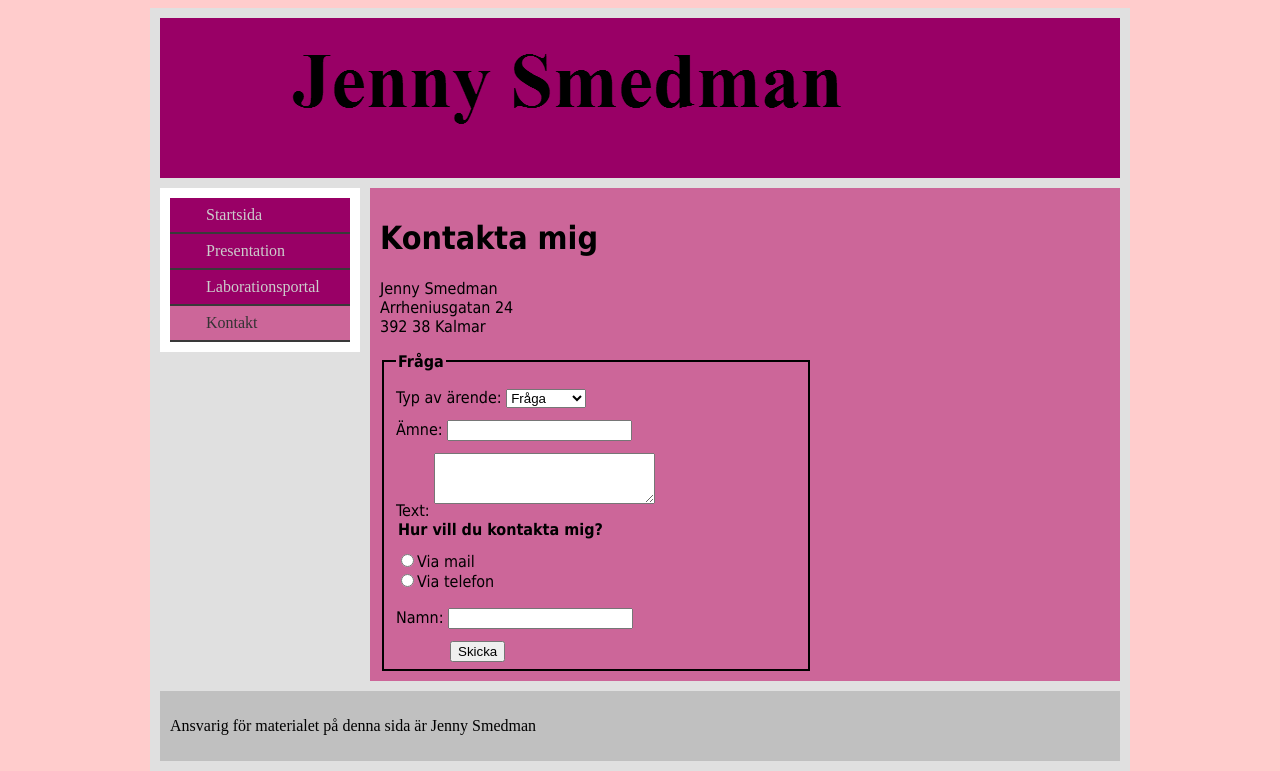
Repository: js223mx/1ik415-js223mx-laborationer
Page: pages/kontakt.html
The author's editor kept a record of every edit. The page is drawn from the files as they stood at one moment, then again after the next edit.
The browser window is 1280 px wide. The pictures show the whole page.

Above is the page before.

After the next edit:
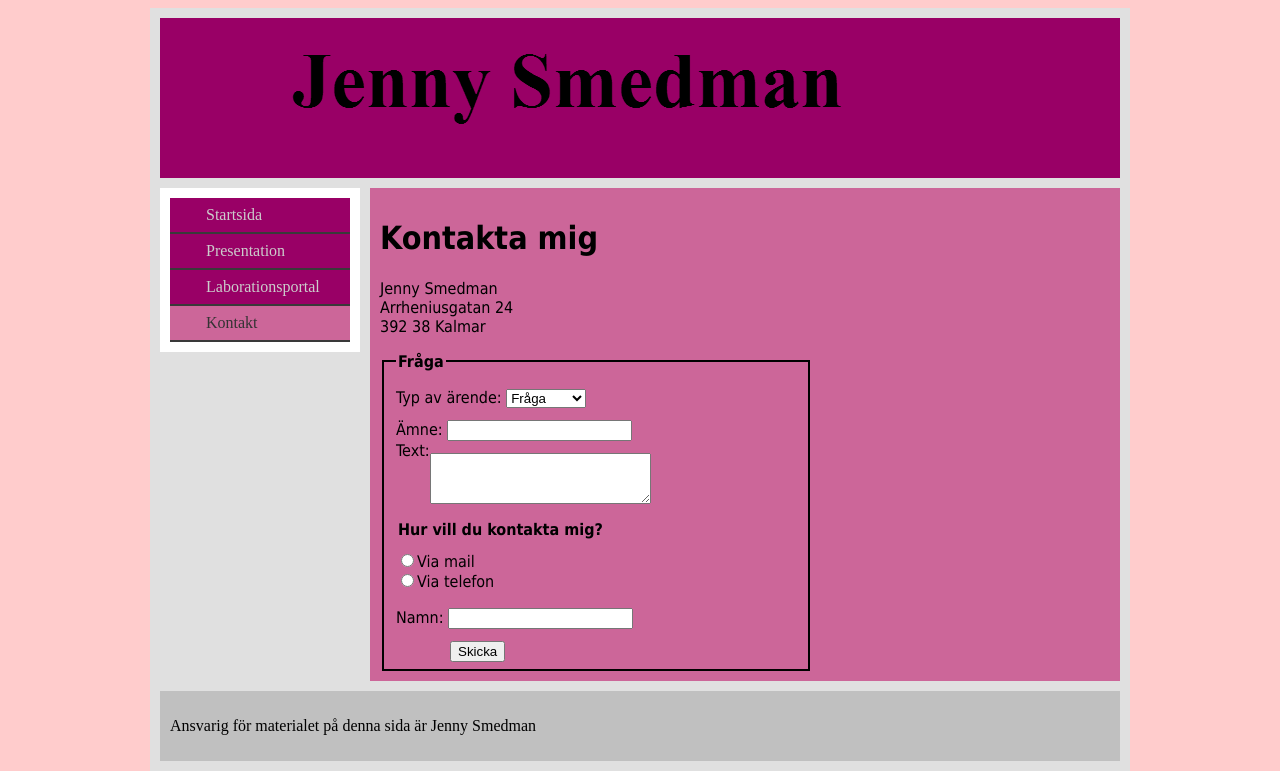
The edit:
--- a/pages/kontakt.html
+++ b/pages/kontakt.html
@@ -44,7 +44,7 @@
                         </select><br>
                         <label for="Ämne">Ämne:</label>
                         <input name="Ämne" id="Ämne" type="text"><br>
-                        <label for="Textlabel">Text:</label>
+                        <label for="Textlabel" id="Textlabel">Text:</label>
                         <textarea name="Text" id="Text" cols="25" rows="3"></textarea>
 
                         <legend id="legend">Hur vill du kontakta mig?</legend>
